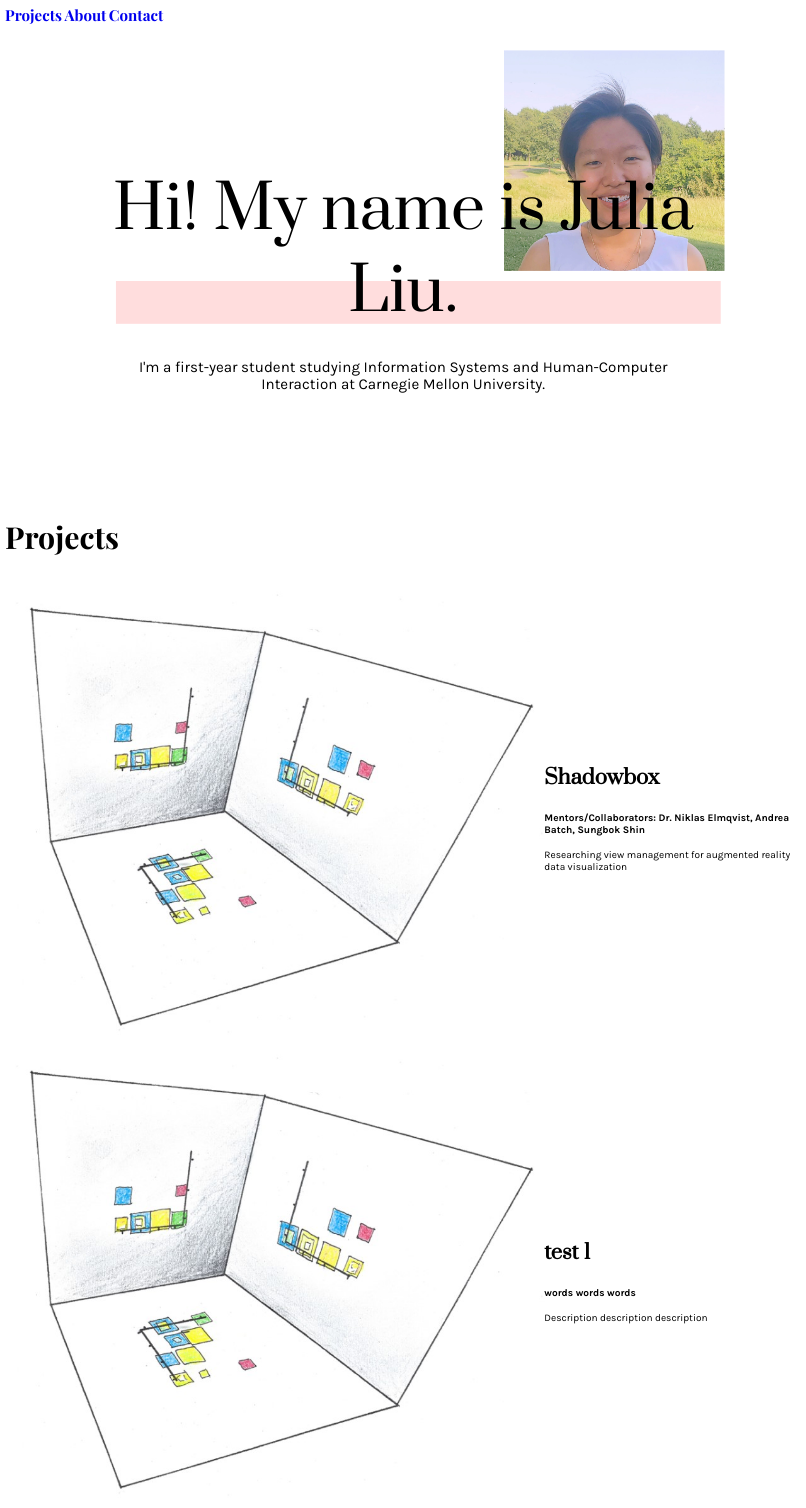
Repository: liu-julia/liu-julia.github.io
Page: index.html
The author's editor kept a copy of each file at every save. The page is drawn from the files as they stood at one save, then again after the next save.
The browser window is 1280 px wide. The pictures show the whole page, at 63% of full size.

Above is the page before, as saved 2022-04-26 22:53:43.

After the next save:
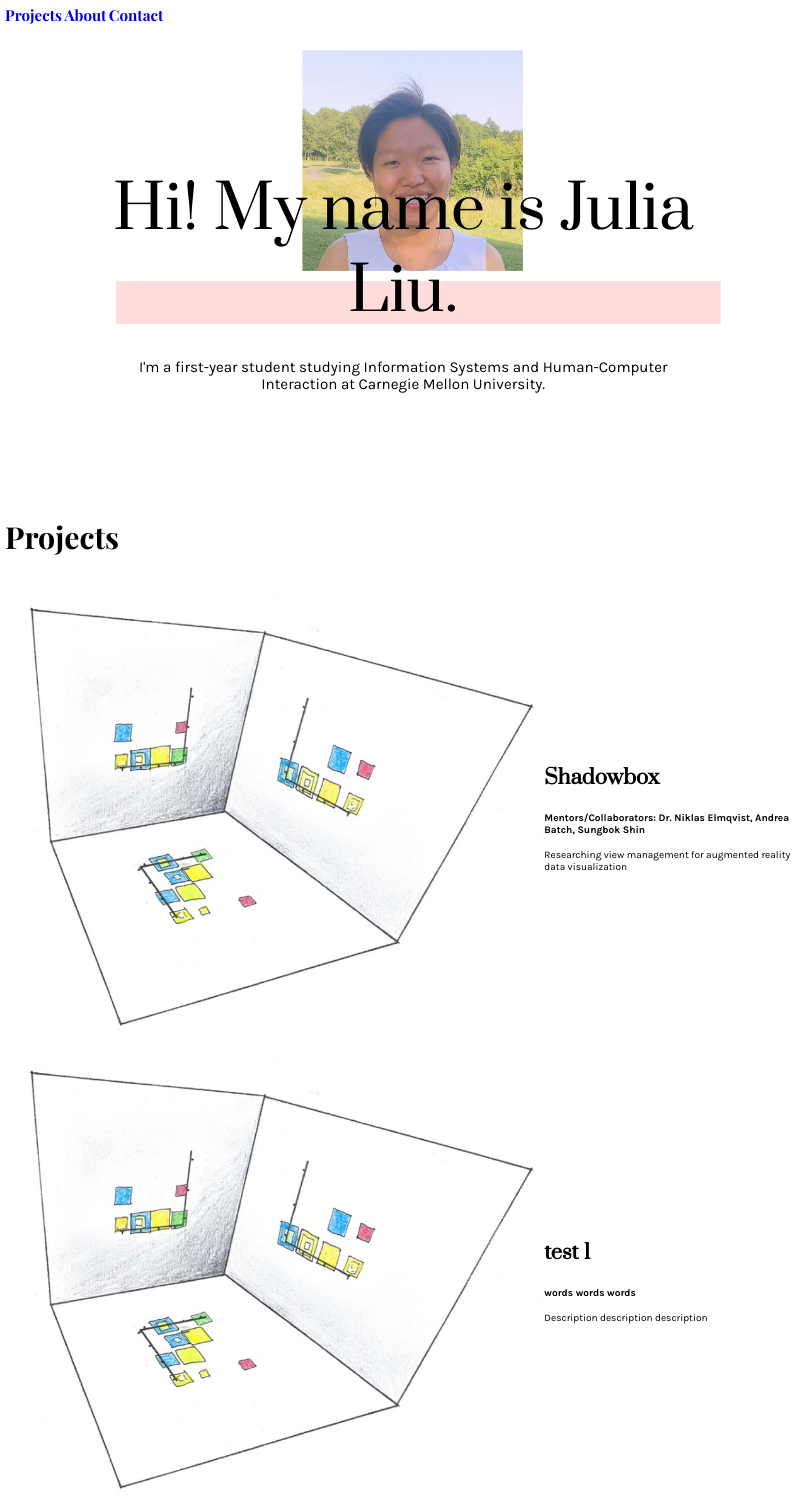
Saved 13 s later.
--- a/css/styles.css
+++ b/css/styles.css
@@ -73,7 +73,7 @@ a {
     width: 350px;
     height: 350px;
     top: 5rem;
-    left: 50rem;
-    right: 50rem;
+    left: 30rem;
+    right: 30rem;
     margin: auto;
 }
